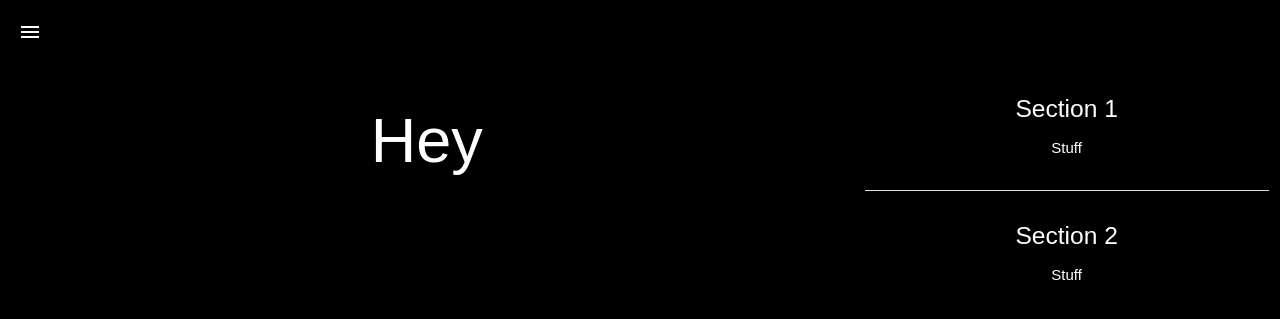
Repository: Ajtheult/final-project
Page: /cart
An editor plug-in stored every save of this project. The page is shown before and after the next save, followed by the edit.
The browser window is 1280 px wide. The pictures show the whole page.
Some web fonts or font styles are not loaded; a fallback is used. Some web libraries are served in a nearby version. The project was rebuilt for these pictures with package versions that can differ from the ones it lists, and the page was loaded fresh each time. Also part of the build but not shown: src/layout/pages/LandingPage.js, src/layout/pages/About.js, src/layout/pages/catalogue/Keys.js, src/layout/pages/catalogue/String.js, src/layout/pages/catalogue/Woodwind.js, src/layout/pages/catalogue/Percussion.js, src/layout/pages/login/Login.js, src/layout/pages/login/NewSignUp.js.

Above is the page before, as saved 2020-07-23 10:19:31.

After the next save:
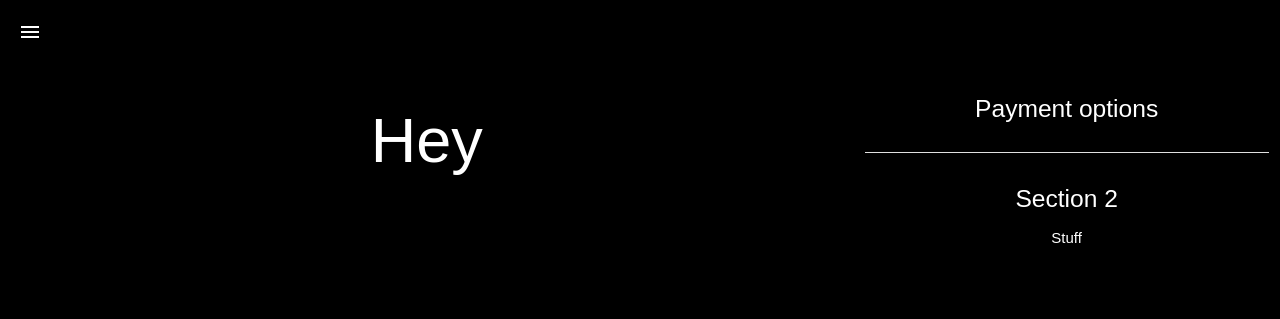
Saved 6 min 11 s later.
--- a/src/layout/pages/Cart.js
+++ b/src/layout/pages/Cart.js
@@ -10,8 +10,12 @@ const Cart = () => {
 
         <div class="col s4">
           <div class="section">
-            <h5>Section 1</h5>
-            <p>Stuff</p>
+            <h5>Payment options</h5>
+            <p>
+              <i class="fab fa-cc-paypal"></i>
+              <i class="fab fa-cc-visa"></i>
+              {/* paypal, visa */}
+            </p>
           </div>
           <div class="divider"></div>
           <div class="section">
